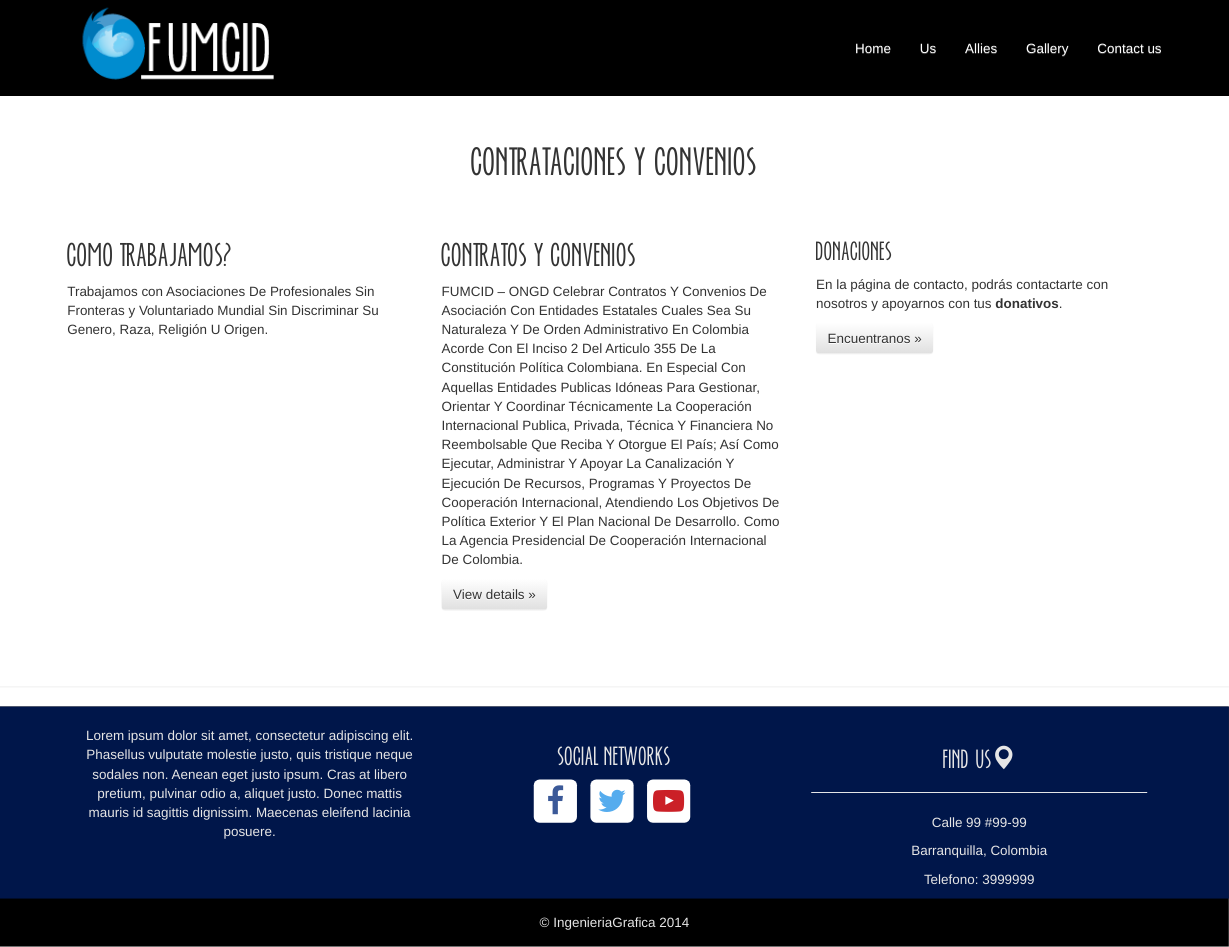
Repository: aarguelles93/Prototipo-portal-FUMCID
Page: http://localhost/contrataciones.php
The author's editor kept a record of every edit. The page is drawn from the files as they stood at one moment, then again after the next edit.
The browser window is 1280 px wide. The pictures show the whole page, at 96% of full size.
Some web libraries are served in a nearby version. The page is run by PHP 8.4 with error messages shown; the project is at /var/www/html/. Other server files are loaded and not shown.

Above is the page before.

### contrataciones.php
<?php $active_page = 99; //!!! ?>
<!DOCTYPE html>
<!--[if lt IE 7]>      <html class="no-js lt-ie9 lt-ie8 lt-ie7"> <![endif]-->
<!--[if IE 7]>         <html class="no-js lt-ie9 lt-ie8"> <![endif]-->
<!--[if IE 8]>         <html class="no-js lt-ie9"> <![endif]-->
<!--[if gt IE 8]><!--> <html class="no-js"> <!--<![endif]-->
    <?php require_once('_php/templates/head.php'); ?>
    <body>
        <!--[if lt IE 7]>
            <p class="browsehappy">You are using an <strong>outdated</strong> browser. Please <a href="http://browsehappy.com/">upgrade your browser</a> to improve your experience.</p>
        <![endif]-->
    <?php require_once('_php/templates/header.php'); ?>


    <div class="container">
        <div class="content-padded">
            <h1 class="text-center">Contrataciones y convenios</h1>
        </div>
    </div>

    <div class="container container-padded">
      <!-- Example row of columns -->
      <div class="row">
        <div class="col-md-4">
          <h2>Como trabajamos?</h2>
          <p>Trabajamos con Asociaciones De Profesionales Sin Fronteras y  Voluntariado Mundial Sin Discriminar Su Genero, Raza, Religión U Origen.</p>
        </div>
        <div class="col-md-4">
          <h2>Contratos y convenios</h2>
          <p>FUMCID – ONGD Celebrar Contratos Y Convenios De Asociación Con Entidades Estatales Cuales Sea Su Naturaleza Y De Orden Administrativo En Colombia Acorde Con El Inciso 2 Del Articulo 355 De La Constitución Política Colombiana. En Especial Con Aquellas Entidades Publicas Idóneas Para Gestionar, Orientar Y Coordinar Técnicamente La Cooperación Internacional Publica, Privada, Técnica Y Financiera No Reembolsable Que Reciba Y Otorgue El País; Así Como Ejecutar, Administrar Y Apoyar La Canalización Y Ejecución De Recursos, Programas Y Proyectos De Cooperación Internacional, Atendiendo Los Objetivos De Política Exterior Y El Plan Nacional De Desarrollo. Como La Agencia Presidencial De Cooperación Internacional De Colombia.</p>
          <p><a class="btn btn-default" href="#" role="button">View details &raquo;</a></p>
       </div>
        <div class="col-md-4">
          <h3>Donaciones</h3>
          <p>En la página de contacto, podrás contactarte con nosotros y apoyarnos con tus <strong>donativos</strong>.</p>
          <p><a class="btn btn-default" href="/contactenos.php" role="button">Encuentranos &raquo;</a></p>
        </div>
      </div>
    </div> <!-- /container -->

    <hr>

    <?php
    require_once ($_SERVER['DOCUMENT_ROOT'].'/_php/templates/footer.php');
    ?>


    <script src="//ajax.googleapis.com/ajax/libs/jquery/1.11.1/jquery.js"></script>
        <script>window.jQuery || document.write('<script src="js/vendor/jquery-1.11.1.js"><\/script>')</script>

        <script src="js/vendor/bootstrap.js"></script>

        <script src="js/main.js"></script>

        <!-- Google Analytics: change UA-XXXXX-X to be your site's ID. -->
        <script>
            (function(b,o,i,l,e,r){b.GoogleAnalyticsObject=l;b[l]||(b[l]=
            function(){(b[l].q=b[l].q||[]).push(arguments)});b[l].l=+new Date;
            e=o.createElement(i);r=o.getElementsByTagName(i)[0];
            e.src='//www.google-analytics.com/analytics.js';
            r.parentNode.insertBefore(e,r)}(window,document,'script','ga'));
            ga('create','UA-XXXXX-X');ga('send','pageview');
        </script>


    </body>
</html>

### _php/templates/head.php
<?php
session_start();
require ($_SERVER['DOCUMENT_ROOT'].'/_php/languages/langSelector.php');
?>
<head>
    <meta charset="utf-8">
    <meta http-equiv="X-UA-Compatible" content="IE=edge,chrome=1">
    <title>FUMCID
    <?php
    switch($active_page){
        case 0:
            print(' - ' . NAVBAR_HOME);
            break;
        case 1:
            print(' - ' . NAVBAR_US);
            break;
        case 2:
            print(' - ' . NAVBAR_ALLIES);
            break;
        case 3:
            print(' - ' . NAVBAR_GALLERY);
            break;
        case 4:
            print(' - ' . NAVBAR_CONTACT);
            break;
        default:
            break;
    }
    ?></title>
    <meta name="description" content="">
    <meta name="viewport" content="width=device-width, initial-scale=1">
    <link rel="icon" type="image/ico" href="favicon.ico"/>

    <link rel="stylesheet" href="/css/bootstrap.css">
    <style>
        body {
            padding-top: 100px;

        }
    </style>
    <link rel="stylesheet" href="/css/bootstrap-theme.css">
    <link href="//maxcdn.bootstrapcdn.com/font-awesome/4.2.0/css/font-awesome.min.css" rel="stylesheet">
    <link rel="stylesheet" href="/css/bootstrap-social.css">
    <link rel="stylesheet" href="/css/main.css">

    <script src="/js/vendor/modernizr-2.6.2-respond-1.1.0.min.js"></script>
</head>

### _php/languages/langSelector.php
<?php
function setLanguage(){
    if (isset($_GET['lang'])){
        // Else, use the GET var for LANG, and then set the SESSION var
        if($_GET['lang']=='pt'){
            require('pt.php');
            $_SESSION['lang']='pt';
        }elseif($_GET['lang']=='es'){
            require('es.php');
            $_SESSION['lang']='es';
        }else{
            require('en.php');
            $_SESSION['lang']='en';
        }
    }
    elseif(isset($_SESSION['lang'])){
        //  First, if lang is set on a SESSION Var, use it
        if($_SESSION['lang']== 'pt'){
            require('pt.php');
        }elseif($_SESSION['lang']=='es'){
            require('es.php');
        }else{
            require('en.php');
        }
    }else{
        // If none of the above are set, work with default english lang
        require('en.php');
    }

}

setLanguage();

?>

### _php/languages/en.php
<?php
//Navbar Headers
define('NAVBAR_HOME','Home');
define('NAVBAR_US','Us');
define('NAVBAR_US_WHO','Who are we?');
define('NAVBAR_US_MISSION','Mission');
define('NAVBAR_US_VISION','Vision');
define('NAVBAR_US_OBJECTIVES','Objectives');
define('NAVBAR_ALLIES','Allies');
define('NAVBAR_GALLERY', 'Gallery');
define('NAVBAR_CONTACT', 'Contact us');

//Footer Headers
define('FOOTER_SOCIAL','Social Networks');
define('FOOTER_CONTACT','Find us');
?>

### _php/templates/header.php
<div class="navbar navbar-custom navbar-fixed-top" role="navigation">
  <div class="container">
    <div class="navbar-header">
      <button type="button" class="navbar-toggle" data-toggle="collapse" data-target=".navbar-collapse">
        <span class="glyphicon glyphicon-list" aria-hidden="true"></span>
      </button>
      <a class="navbar-brand" href="/"><img alt="Brand" src="/img/fumcid-icon.png"></a>
    </div>
    <div  id="spyied"  class="navbar-collapse collapse">
      <ul class="nav navbar-nav navbar-right">

        <?php

        $pages[0] = '<a href="/home.php">' . NAVBAR_HOME . '</a>';
        //page1
        $pages[1]='<a href="/nosotros/" class="dropdown-toggle" data-toggle="dropdown" role="button" aria-expanded="false">' . NAVBAR_US . '</a>
          <ul class="dropdown-menu" role="menu">
            <li><a href="/nosotros.php#quienes" data-target="#quienes">' . NAVBAR_US_WHO . '</a></li>
            <li><a href="/nosotros.php#mision" data-target="#mision">'. NAVBAR_US_MISSION .'</a></li>
            <li><a href="/nosotros.php#vision" data-target="#vision">'. NAVBAR_US_VISION .'</a></li>
          </ul>';
        $pages[2] = '<a href="/aliados.php">'.NAVBAR_ALLIES.'</a>';
        $pages[3] = '<a href="/galeria.php">'.NAVBAR_GALLERY.'</a>';
        $pages[4] = '<a href="/contactenos.php">'.NAVBAR_CONTACT.'</a>';

        $count = 0;
        foreach($pages as $page=>$content){
            if($count == 1){
                //en caso que $page sea la pag con dropdown
                $li_str = '<li class="dropdown">';
                if($page == $active_page){
                    $li_str = '<li class="dropdown active">';
                }
            }else{
                //en caso de que $page sea cualquier otra pag
                $li_str = '<li>';
                if($page == $active_page){
                    $li_str = '<li class="active">';
                }
            }
            $li_str .= $content.'</li>';
            print($li_str);

            //$count -> Indice de página actual. Sirve para identificar el dropdown
            $count = $count + 1;
        }
        ?>

      </ul>
    </div><!--/.navbar-collapse -->
  </div>
</div>

### _php/templates/footer.php

<footer class="text-center">
  <div class="footer-above">
    <div class="container">
      <div class="col-md-4">
        <p>Lorem ipsum dolor sit amet, consectetur adipiscing elit. Phasellus vulputate molestie justo, quis tristique neque sodales non. Aenean eget justo ipsum. Cras at libero pretium, pulvinar odio a, aliquet justo. Donec mattis mauris id sagittis dignissim. Maecenas eleifend lacinia posuere. </p>
      </div>
      <div class="col-md-4">
        <h3><?php print(FOOTER_SOCIAL); ?></h3>
        <ul class="list-inline">
          <li><a class="btn btn-social-icon btn-lg btn-facebook" href="https://www.facebook.com/fumcid" target="_blank"><i class="fa fa-facebook"></i></a></li>
          <li><a class="btn btn-social-icon btn-lg btn-twitter" href="https://twitter.com/fumcidongd" target="_blank"><i class="fa fa-twitter"></i></a></li>
          <li><a class="btn btn-social-icon btn-lg btn-pinterest"><i class="fa fa-youtube-play"></i></a></li>
        </ul>
      </div>
      <div class="col-md-4">
        <h3><?php print(FOOTER_CONTACT) ?><span class="glyphicon glyphicon-map-marker" aria-hidden="true"></span></h3>
        <hr>
        <p>Calle 99 #99-99</p>
        <p>Barranquilla, Colombia</p>
        <p>Telefono: 3999999</p>
      </div>
    </div>
  </div>
  <div class="footer-below">
    <p>&copy; IngenieriaGrafica 2014</p>
  </div>
</footer>

### css/main.css


/* ==========================================================================
   Author's custom styles
   ========================================================================== */
body{
   height:100%;
   position:relative;
}


@font-face {
    font-family: ever_afterregular;
    src: url("../fonts/ever_after_font/everafte-webfont.eot");
    src: url('../fonts/ever_after_font/everafte-webfont.eot?#iefix') format('embedded-opentype'),
         url('../fonts/ever_after_font/everafte-webfont.woff2') format('woff2'),
         url('../fonts/ever_after_font/everafte-webfont.woff') format('woff'),
         url('../fonts/ever_after_font/everafte-webfont.ttf') format('truetype'),
         url('../fonts/ever_after_font/everafte-webfont.svg#ever_afterregular') format('svg');

    font-weight: normal;
    font-style: normal;

}

h1, h2, h3, h4, h5, h6{
   font-family: ever_afterregular, Helvetica, Arial, sans-serif ;
   text-transform: uppercase;
}

.container-padded{
   padding-bottom:50px;
}

.navbar-custom{
   background-color:#000 !important;

   height:100px;
   padding-top:0px;
}
.navbar-brand{
   padding: 5px;
}
ul.navbar-right{
   padding-top:25px;
}
.navbar-toggle{
   background-color:#191919;
}
.navbar-collapse{
   background-color:black;
}
.navbar-custom a, .dropdown-menu > li > a{
   color: #FFF;
}
/*Navbar item seleccionado-activo*/
.navbar-custom .navbar-nav > .active {
   background-color:#008CCF ;
   border-radius:2px;
}
.navbar-custom .navbar-nav > .dropdown ul {
   background-color:#4A4B4C;
}

.nav > li > a:hover, .nav > li > a:focus, .dropdown-menu > li > a:hover,
.dropdown-menu > li > a:focus {
   background-color:#4A4A4A;
   border-radius:2px;

}

#header a{
   color:#FFFFFF;
}

/*Button properties*/
.btn-primary{
   background-color:#008CCF;
   background-image:none;
}
.btn{
   border:none;
}

#myCarousel{
   padding:0px;
}

#myCarousel img{
   width:100%;
}

.embed-responsive{
   margin-bottom: 5px;
   margin-top: 5px;
}

footer{
   background-color: #000;
   bottom:0;
   clear:both;
   min-height:250px;
   margin-bottom:-10px;

}
footer p, footer h3{
   color:#E6E6E6;
}

.footer-above{
   background-color: #00164A;
   min-height:200px;
   padding-top:20px;
}
.footer-below{
   min-height:50px;
   padding-top:15px;
}
.btn-twitter, .btn-facebook, .btn-pinterest{
   background-color: white;
}
.btn-facebook:hover{
   background-color: #3B5998;
}
.btn-twitter{
   color: #55ACEE;
}
.btn-facebook{
   color: #3B5998;
}
.btn-pinterest{
   color: #CB2027;
}
/* Aliados */

/* Nosotros */
.content-padded{
   padding-top:30px;
   padding-bottom:30px;
}
.nosotros-padded{
   padding-top:80px;
   padding-bottom:0px;
}
/* Contactenos */
#contactos{
   padding-top:20px;
   padding-bottom:20px;
   min-height:240px;
}
#contact-container{
   padding:40px 0px;
}
#contact-container button{
   padding:10px 30px;
}
textarea{
   resize:none;
}
#map-container{
   height: 100%;
}
#map-canvas{
 min-height:300px;
 height:100% !important;
}

Loaded but not shown: css/bootstrap.css (library); css/bootstrap-theme.css (library); css/bootstrap-social.css (library); js/main.js (no stored copy; drawn as an empty file)

After the next edit:
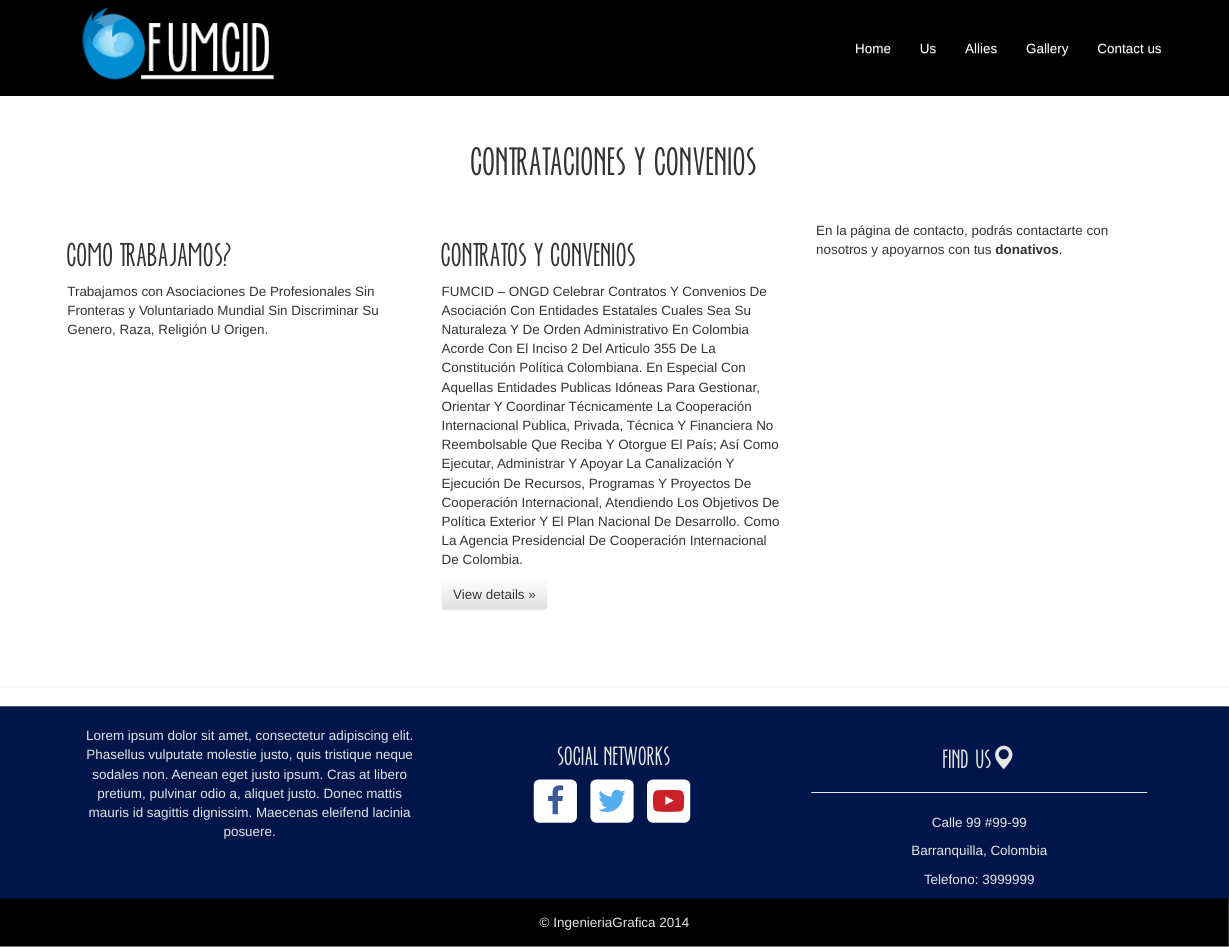
The edit:
--- a/contrataciones.php
+++ b/contrataciones.php
@@ -31,9 +31,8 @@
           <p><a class="btn btn-default" href="#" role="button">View details &raquo;</a></p>
        </div>
         <div class="col-md-4">
-          <h3>Donaciones</h3>
           <p>En la página de contacto, podrás contactarte con nosotros y apoyarnos con tus <strong>donativos</strong>.</p>
-          <p><a class="btn btn-default" href="/contactenos.php" role="button">Encuentranos &raquo;</a></p>
+
         </div>
       </div>
     </div> <!-- /container -->
